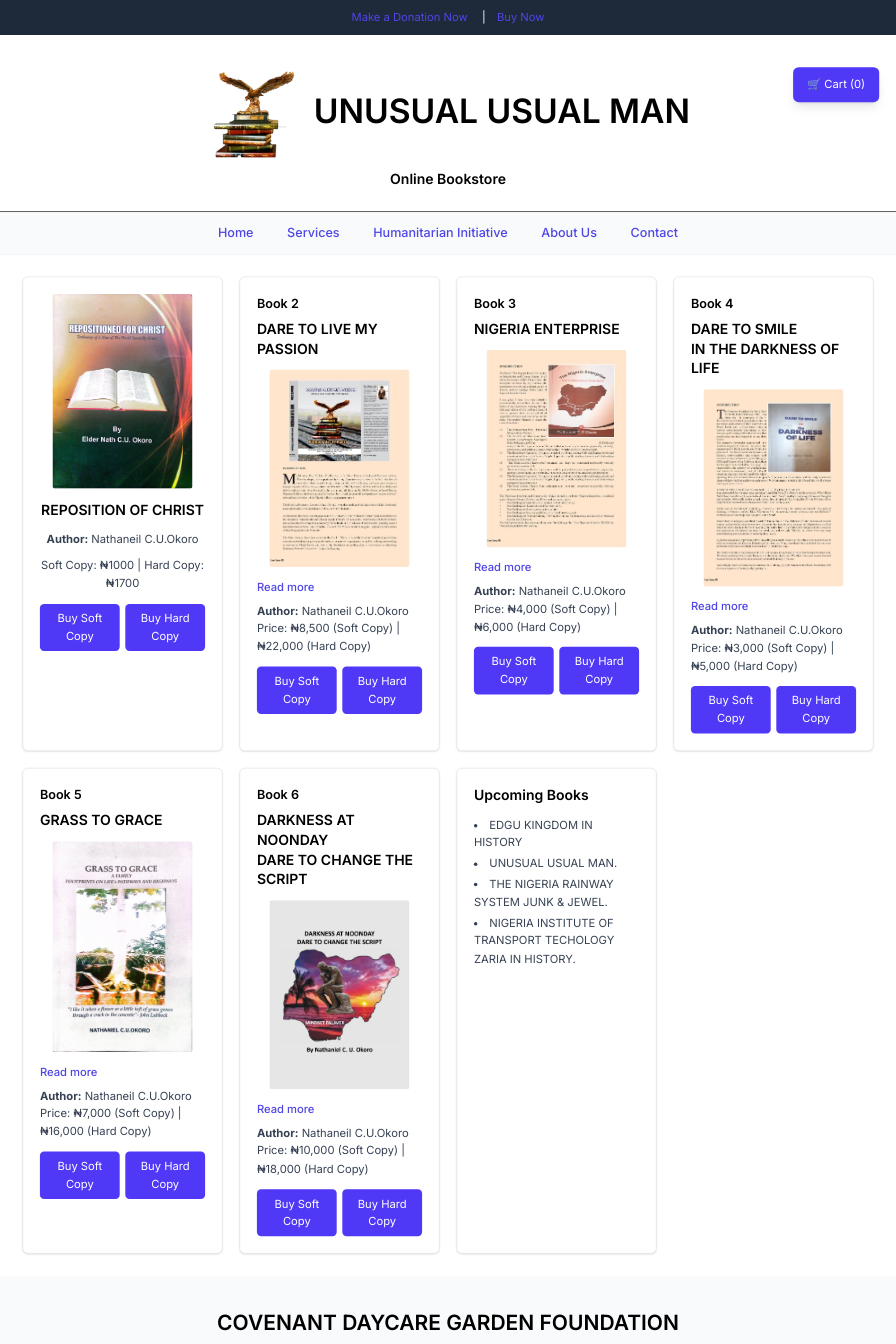
Repository: Rickyy1017/online-bookstore
Page: / (app in frontend/)
These files come from the project's save history. The page is drawn as it stood at one moment and after the next save; the edit follows.
The browser window is 1280 px wide. The pictures show the part of the page from y = 0 to 1920 px (the page is 3320 px tall before and 4362 px after), at 70% of full size.
The project was rebuilt for these pictures with package versions that can differ from the ones it lists, and the page was loaded fresh each time. The framework's server and built-in components were replaced by stand-ins that run in the browser. Also part of the build but not shown: frontend/next.config.ts.

Above is the page before, as saved 2025-10-09 23:16:00.

After the next save:
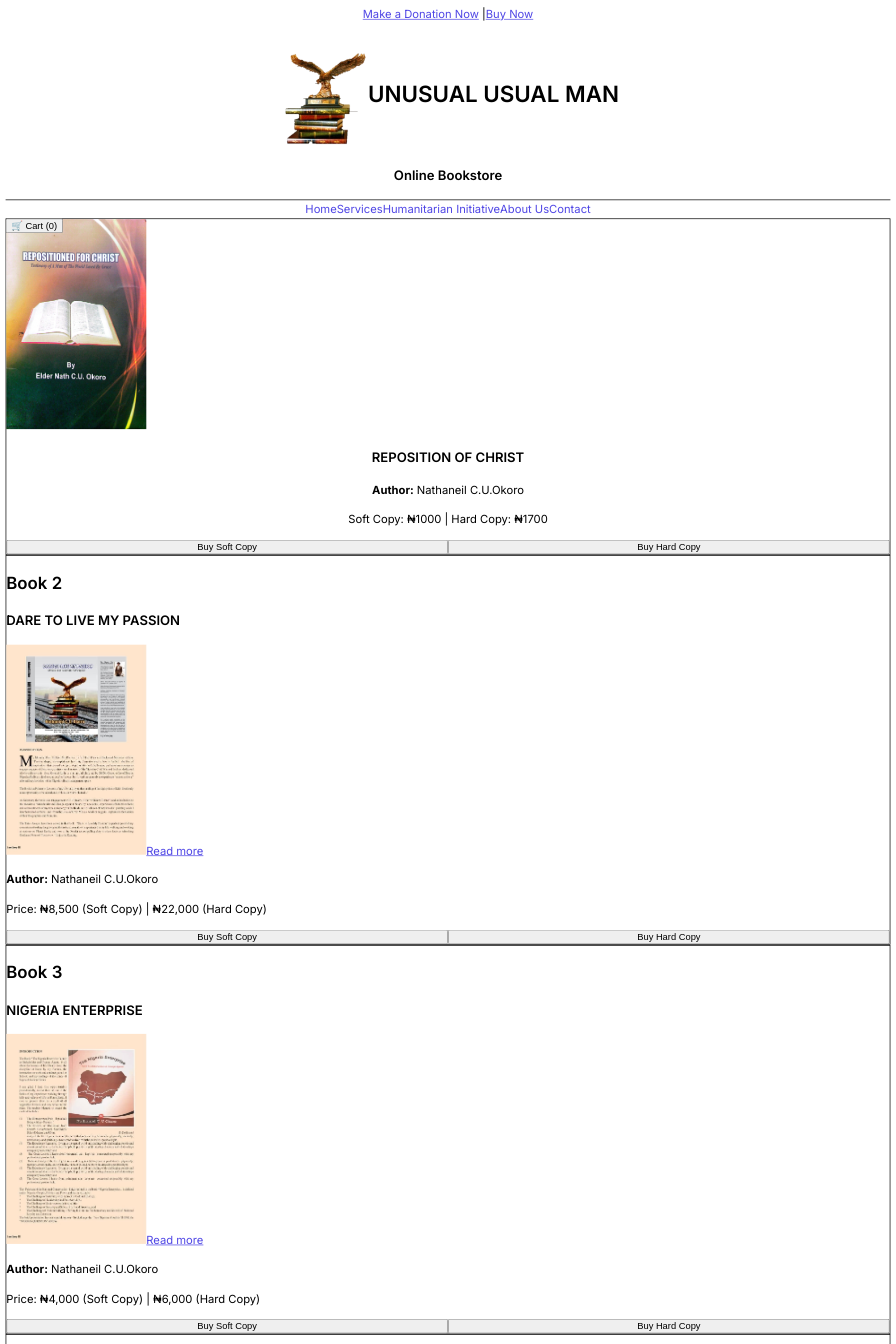
Saved 106 s later.
--- a/frontend/app/globals.css
+++ b/frontend/app/globals.css
@@ -1,5 +1,7 @@
 @import url('https://fonts.googleapis.com/css2?family=Inter:wght@300;400;500;600;700&display=swap');
-@import "tailwindcss";
+@tailwind base;
+@tailwind components;
+@tailwind utilities;
 
 :root {
   --background: #ffffff;

After the save that followed:
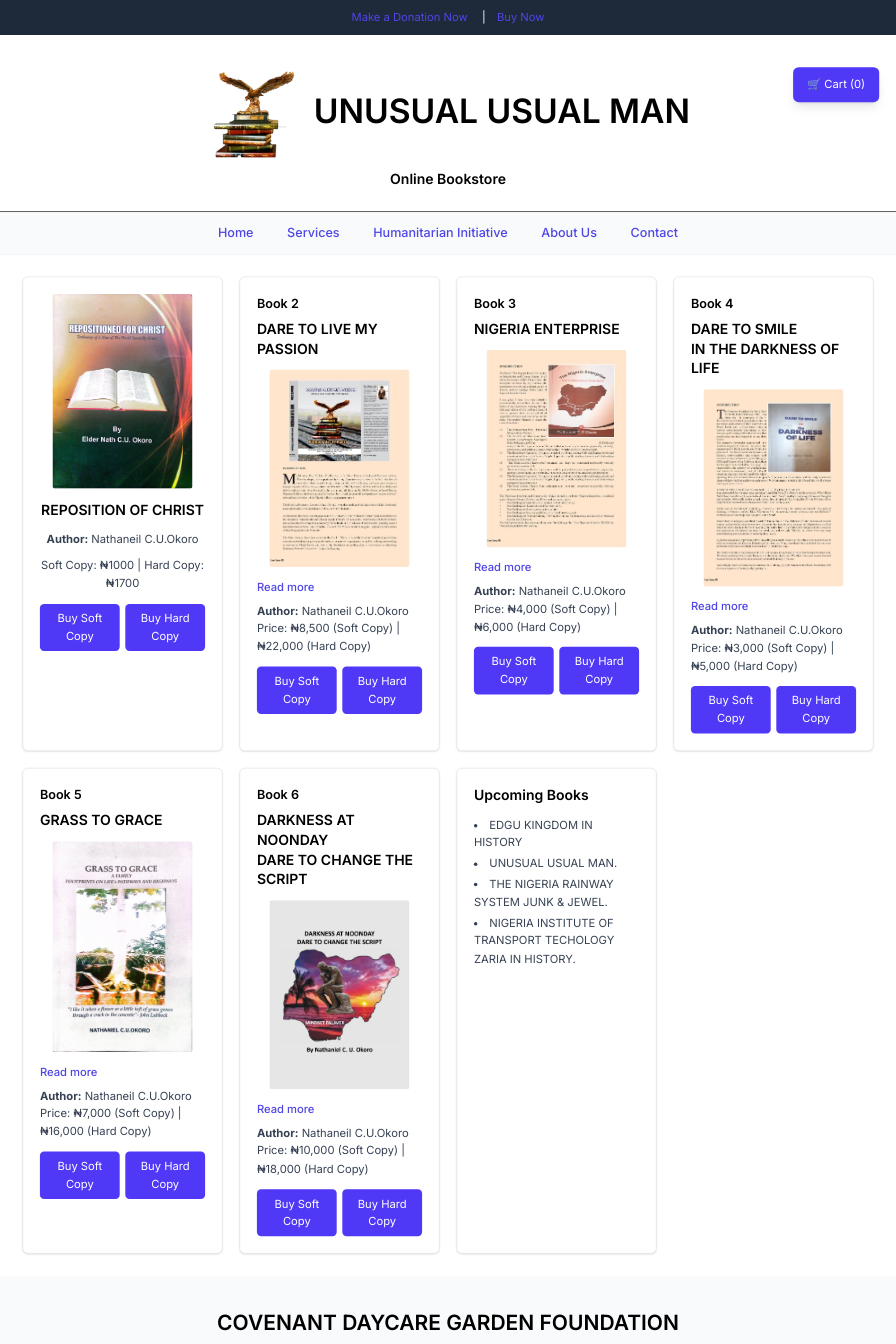
Saved 34 s later.
--- a/frontend/app/globals.css
+++ b/frontend/app/globals.css
@@ -1,7 +1,5 @@
 @import url('https://fonts.googleapis.com/css2?family=Inter:wght@300;400;500;600;700&display=swap');
-@tailwind base;
-@tailwind components;
-@tailwind utilities;
+@import "tailwindcss";
 
 :root {
   --background: #ffffff;
